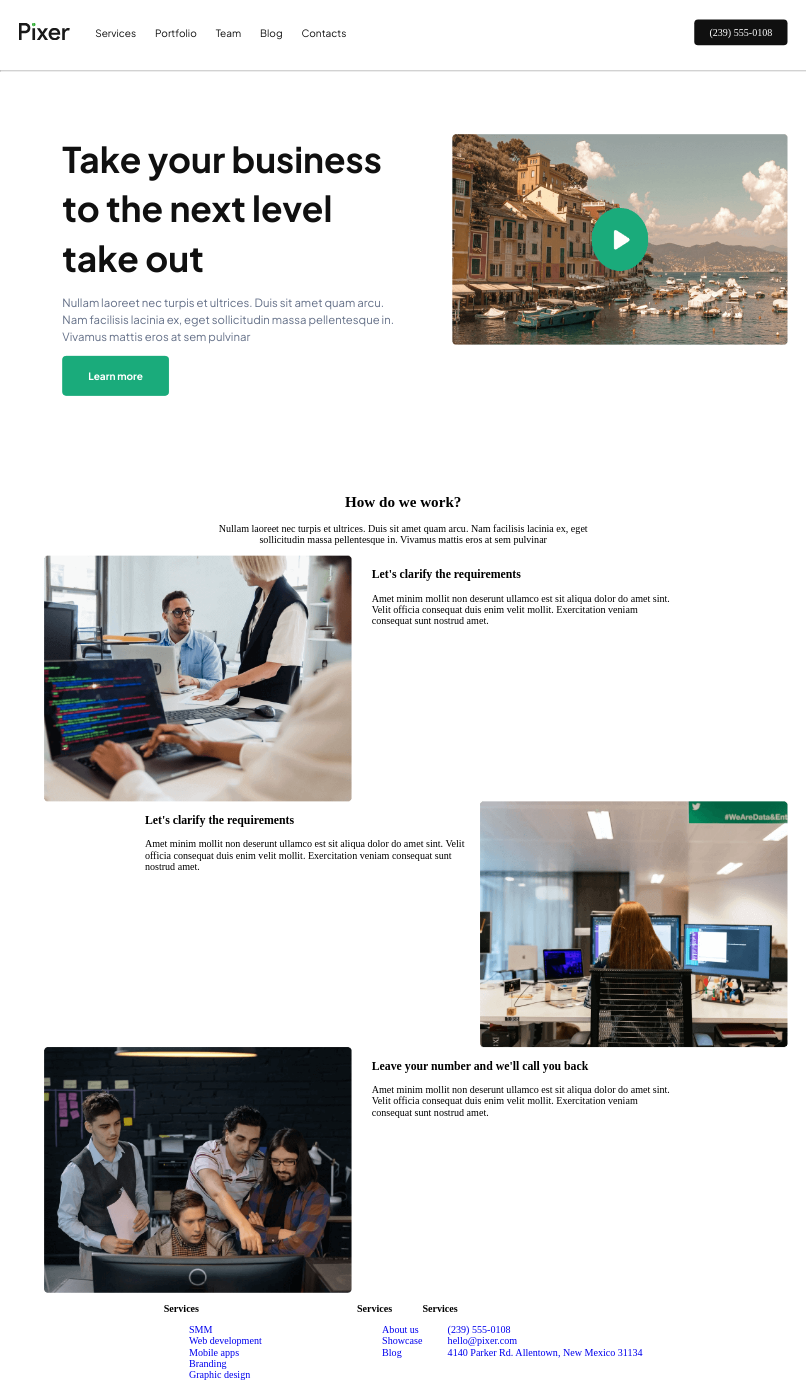
Repository: UlugbekAbdurasulov/pixar
Page: index.html
These files come from the project's save history. The page is drawn as it stood at one moment and after the next save; the edit follows.
The browser window is 1280 px wide. The pictures show the whole page, at 63% of full size.

Above is the page before, as saved 2023-06-05 02:10:39.

After the next save:
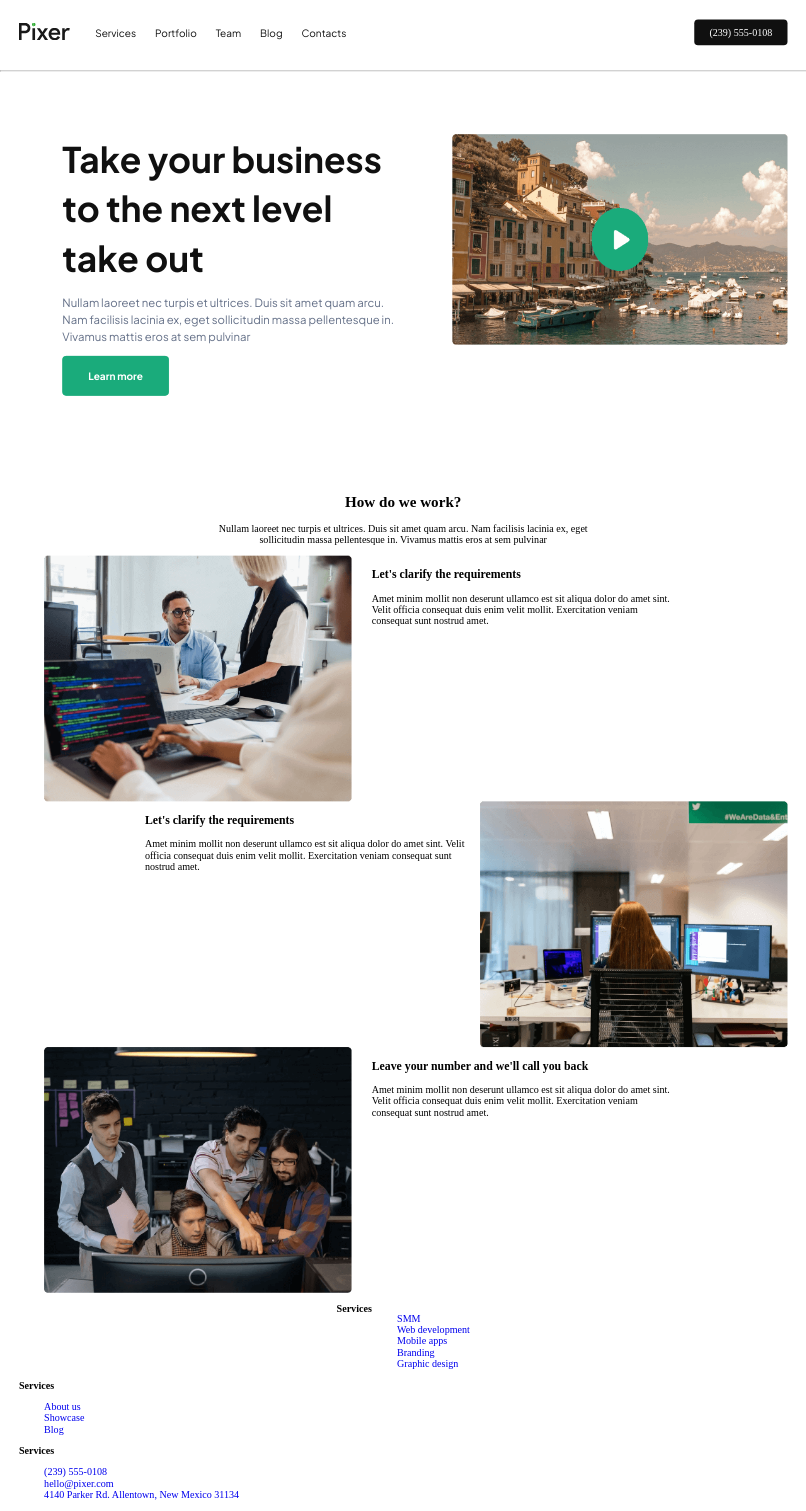
Saved 35 s later.
--- a/index.html
+++ b/index.html
@@ -94,7 +94,7 @@
 
         <div class="container">
 <div class="sayt-footer-start-box">
-  <div class="sayt-footer-start-services">
+  <!-- <div class="sayt-footer-start-services"> -->
     <strong>Services</strong>
     <ul>
       <li><a href="#"> SMM </a></li>

After the save that followed:
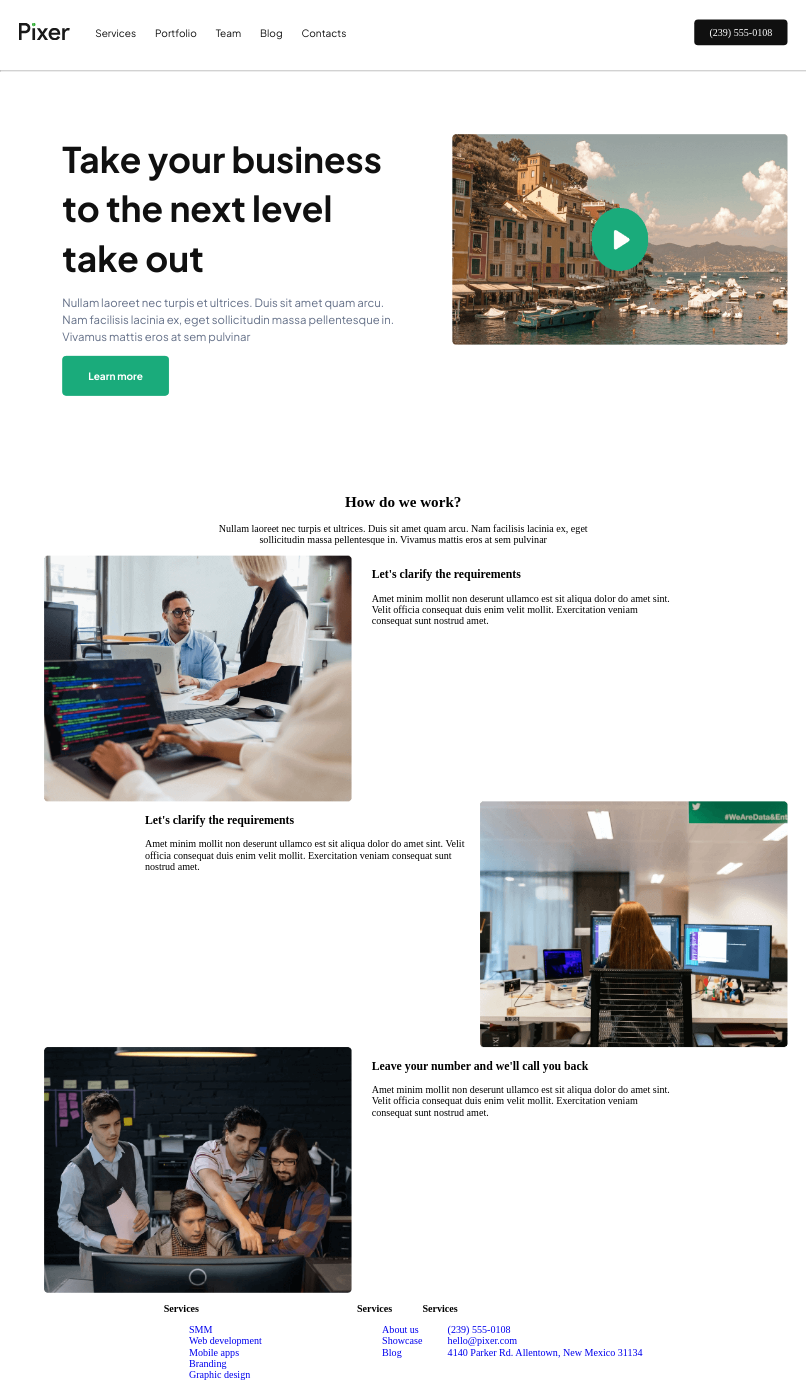
Saved 5 s later.
--- a/index.html
+++ b/index.html
@@ -94,7 +94,7 @@
 
         <div class="container">
 <div class="sayt-footer-start-box">
-  <!-- <div class="sayt-footer-start-services"> -->
+  <div class="sayt-footer-start-services">
     <strong>Services</strong>
     <ul>
       <li><a href="#"> SMM </a></li>
